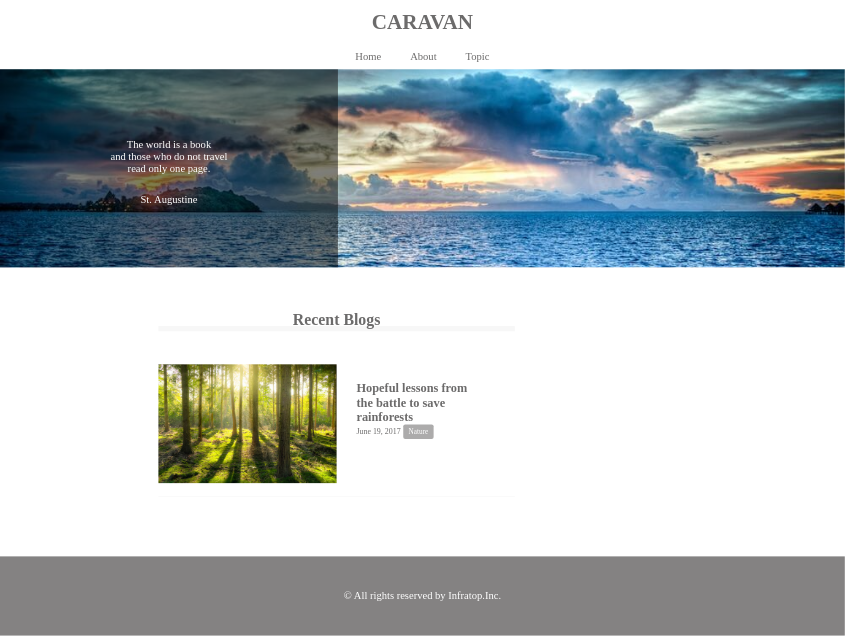
Repository: menyuu/test-html-CSS-practice
Page: caravan/index.html
The author's editor kept a record of every edit. The page is drawn from the files as they stood at one moment, then again after the next edit.
The browser window is 1280 px wide. The pictures show the whole page, at 66% of full size.

Above is the page before.

After the next edit:
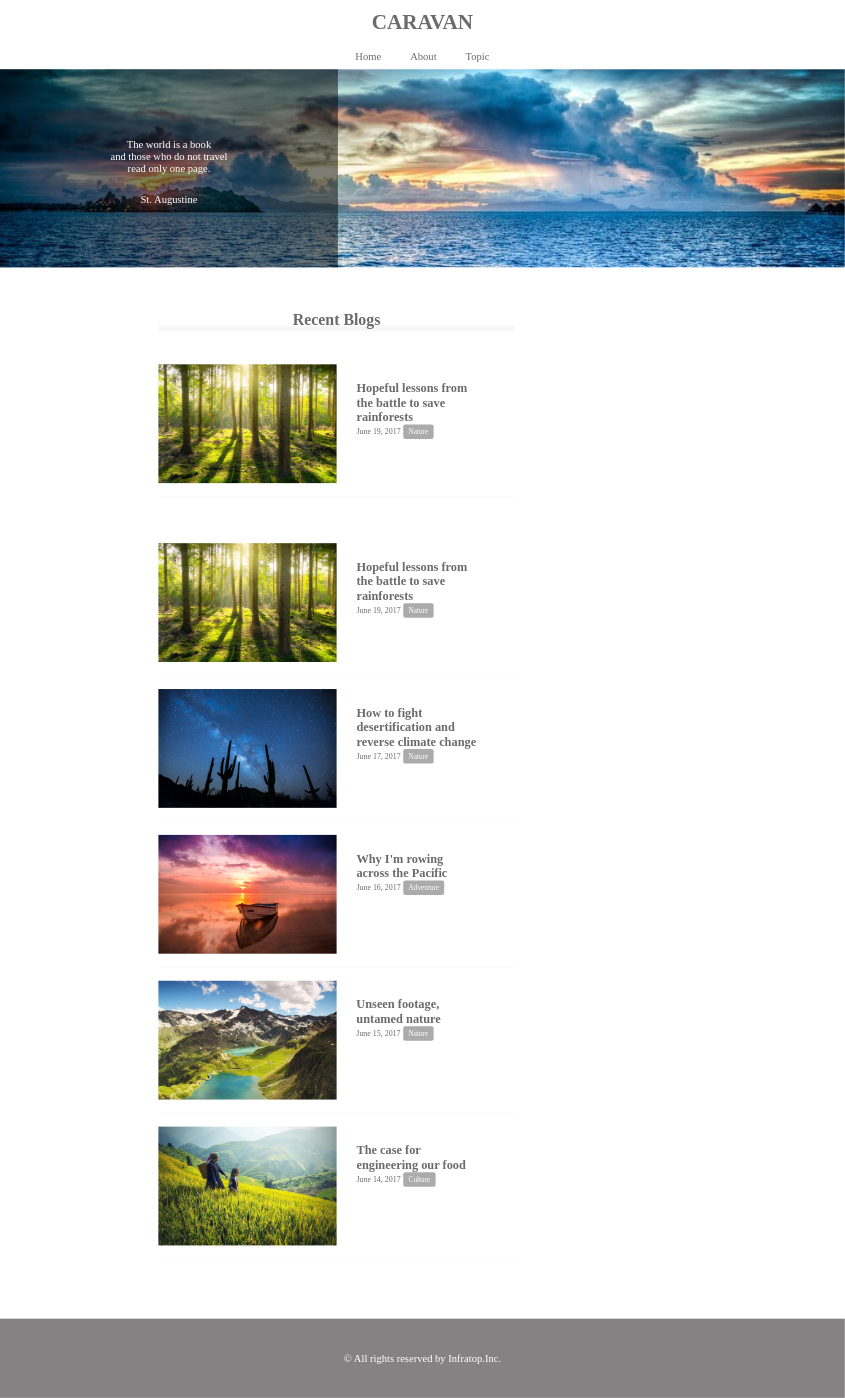
The edit:
--- a/caravan/index.html
+++ b/caravan/index.html
@@ -60,6 +60,78 @@
           </section>
         </div>
       </div>
+
+      <!-- 以下コピペ　-->
+      <div class="blog-box">
+          <div class="blog-item">
+            <img class="blog-image" src="img/forest.jpg" />
+            <section class="blog-text">
+              <h3 class="blog-text-heading">
+                <a href="single.html">
+                  Hopeful lessons from<br />
+                  the battle to save<br />
+                  rainforests
+                </a>
+              </h3>
+              <p class="blog-date">June 19, 2017</p>
+              <span class="category">Nature</span>
+            </section>
+          </div>
+          <div class="blog-item">
+            <img class="blog-image" src="img/desert.jpg" />
+            <section class="blog-text">
+              <h3 class="blog-text-heading">
+                <a href="single.html">
+                  How to fight<br />
+                  desertification and<br />
+                  reverse climate change
+                </a>
+              </h3>
+              <p class="blog-date">June 17, 2017</p>
+              <span class="category">Nature</span>
+            </section>
+          </div>
+          <div class="blog-item">
+            <img class="blog-image" src="img/sunset.jpg" />
+            <section class="blog-text">
+              <h3 class="blog-text-heading">
+                <a href="single.html">
+                  Why I'm rowing<br />
+                  across the Pacific
+                </a>
+              </h3>
+              <p class="blog-date">June 16, 2017</p>
+              <span class="category">Adventure</span>
+            </section>
+          </div>
+          <div class="blog-item">
+            <img class="blog-image" src="img/italy.jpg" />
+            <section class="blog-text">
+              <h3 class="blog-text-heading">
+                <a href="single.html">
+                  Unseen footage,<br />
+                  untamed nature
+                </a>
+              </h3>
+              <p class="blog-date">June 15, 2017</p>
+              <span class="category">Nature</span>
+            </section>
+          </div>
+          <div class="blog-item">
+            <img class="blog-image" src="img/asia.jpg" />
+            <section class="blog-text">
+              <h3 class="blog-text-heading">
+                <a href="single.html">
+                  The case for<br />
+                  engineering our food
+                </a>
+              </h3>
+              <p class="blog-date">June 14, 2017</p>
+              <span class="category">Culture</span>
+            </section>
+          </div>
+        </div>
+
     </section>
     <div class="sidebar"></div>
   </main>
